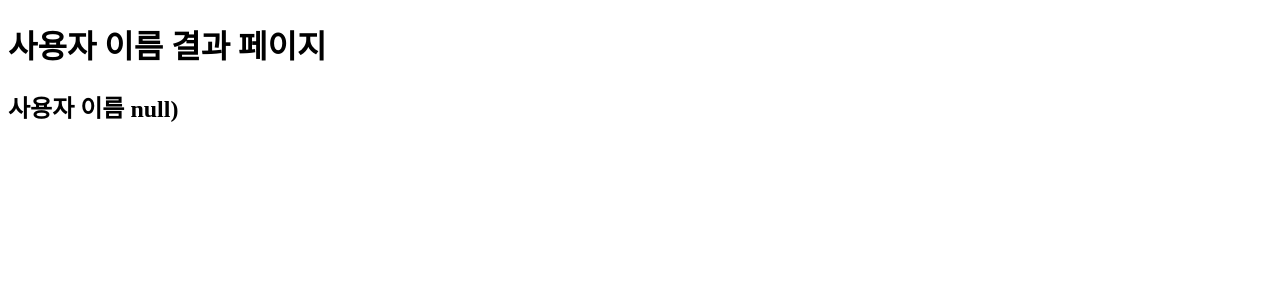
Repository: ljh5973/labweb
Page: http://localhost/JSP02/02_result.jsp
An editor plug-in stored every save of this project. The page is shown before and after a run of saves, followed by the edit.
The browser window is 1280 px wide. The pictures show the whole page.
The page is served by Tomcat 9. Other server files are loaded and not shown.

Above is the page before, as saved 2022-01-07 03:19:29.

### JSP02/webapp/02_result.jsp
<%@ page language="java" contentType="text/html; charset=UTF-8"
    pageEncoding="UTF-8"%>
<%@ page trimDirectiveWhitespaces="true"%>
<!DOCTYPE html>
<html>
	<head>
		<meta charset="UTF-8">
		<title>Insert title here</title>
	</head>
	<body>

	<h1>사용자 이름 결과 페이지</h1>

	<%	// script
		request.setCharacterEncoding("UTF-8");	//요청 데이터의 문자열 인코딩 방식 설정
		String userName= request.getParameter("userName"); // form에서 userName으로 전달한 파라미터 값

	%>

	<h2>사용자 이름 <%= userName %>)</h2>
	</body>
</html>

After the next 2 saves:
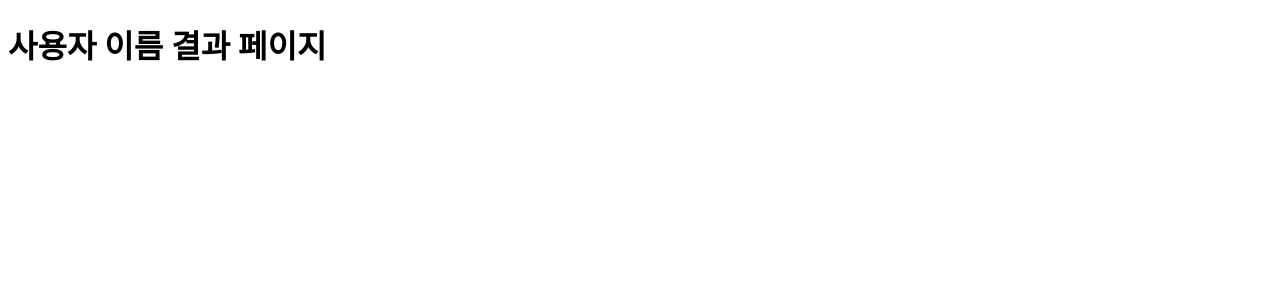
The 2 saves are shown as one change because they came seconds apart.
The last was saved 87 min 7 s later.
--- a/JSP02/webapp/02_result.jsp
+++ b/JSP02/webapp/02_result.jsp
@@ -17,6 +17,5 @@
 
 	%>
 
-	<h2>사용자 이름 <%= userName %>)</h2>
 	</body>
 </html>
